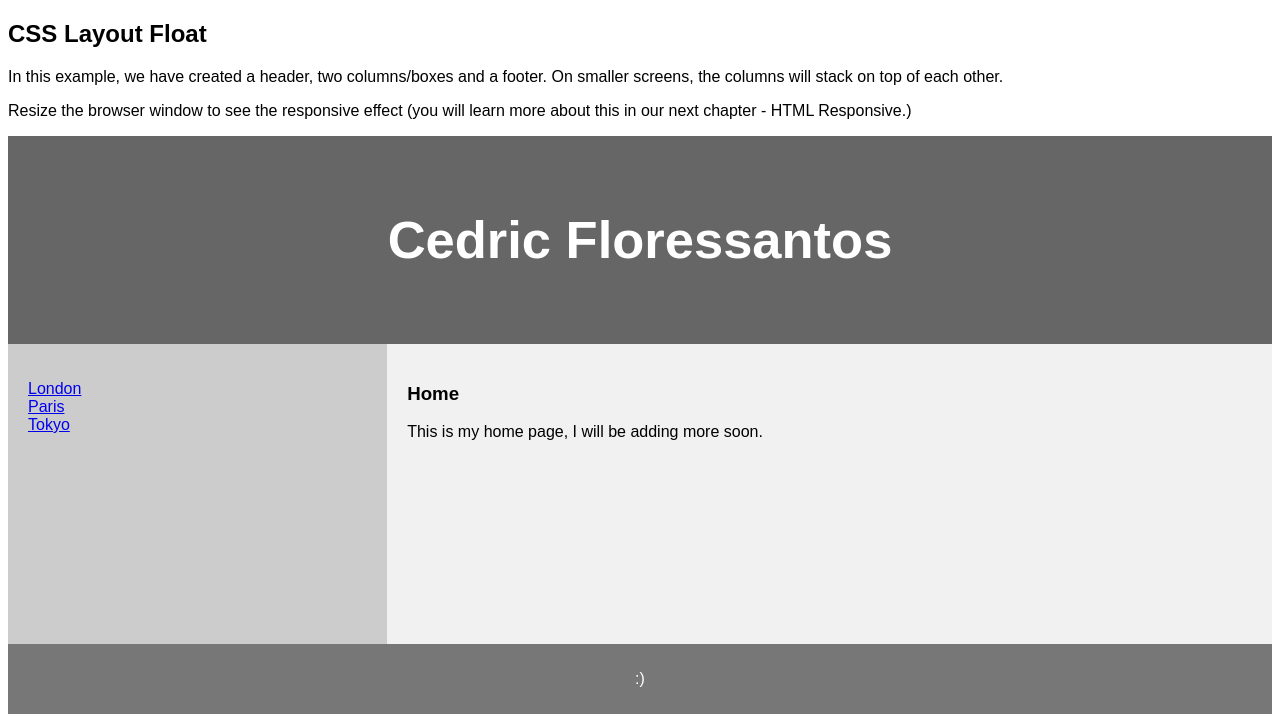
Repository: Cedric-floressantos/Cedric-floressantos.github.io
Page: my_website/index.html
The author's editor kept a record of every edit. The page is drawn from the files as they stood at one moment, then again after the next edit.
The browser window is 1280 px wide. The pictures show the whole page.

Above is the page before.

After the next edit:
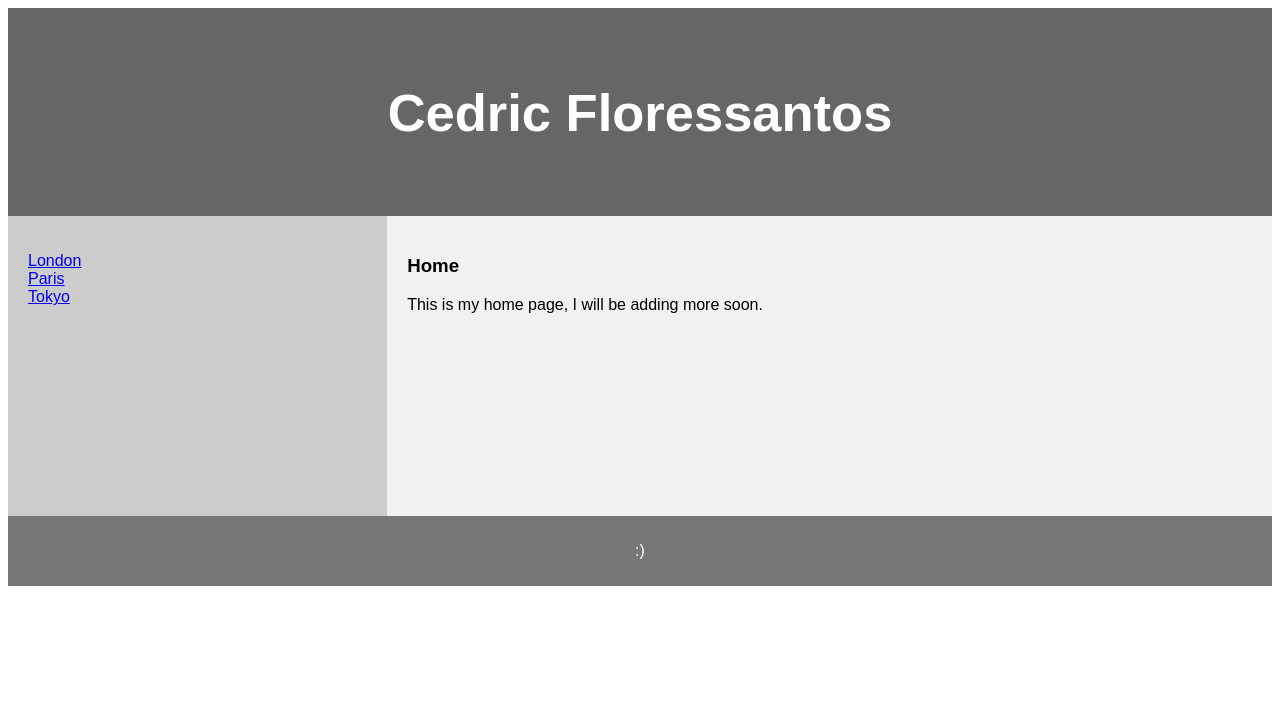
The edit:
--- a/my_website/index.html
+++ b/my_website/index.html
@@ -71,9 +71,7 @@
 </head>
 <body>
 
-<h2>CSS Layout Float</h2>
-<p>In this example, we have created a header, two columns/boxes and a footer. On smaller screens, the columns will stack on top of each other.</p>
-<p>Resize the browser window to see the responsive effect (you will learn more about this in our next chapter - HTML Responsive.)</p>
+
 
 <header>
   <h2>Cedric Floressantos</h2>
